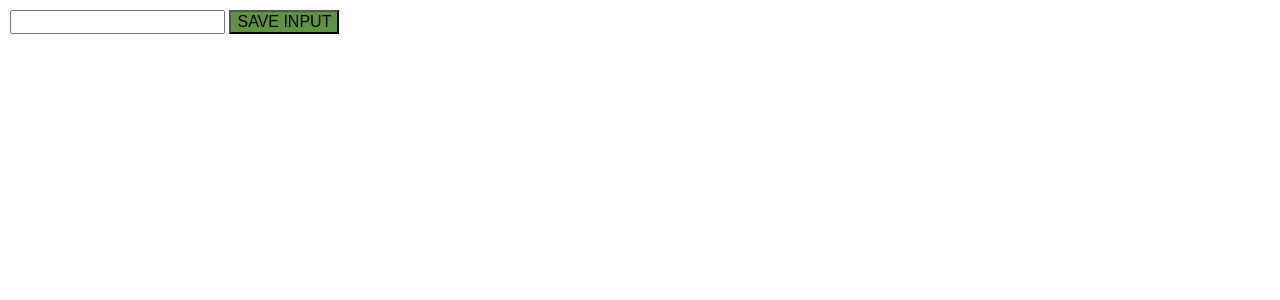
Repository: jt010051/chromeExtension
Page: index.html
The author's editor kept a copy of each file at every save. The page is drawn from the files as they stood at one save, then again after the next save.
The browser window is 1280 px wide. The pictures show the whole page.

Above is the page before, as saved 2022-02-27 17:06:35.
Not found: index.js

After the next save:
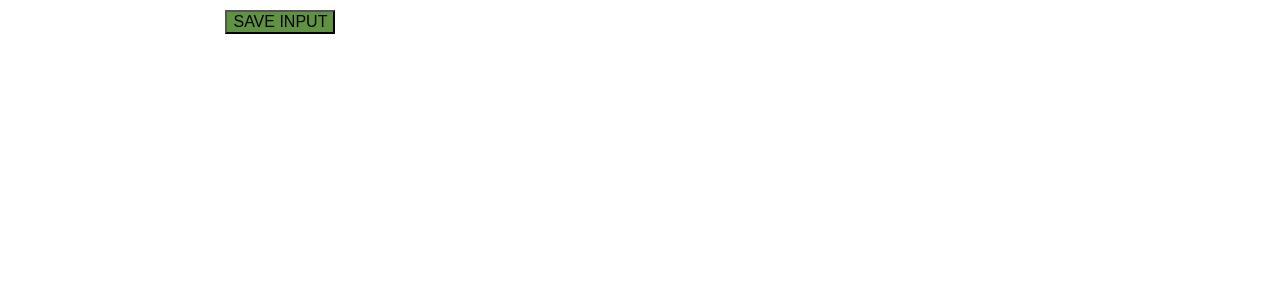
Saved 90 s later.
--- a/index.css
+++ b/index.css
@@ -8,7 +8,7 @@
 
 
 input {
-
+    border: #5f9341;
 }
 
 button {

After the save that followed:
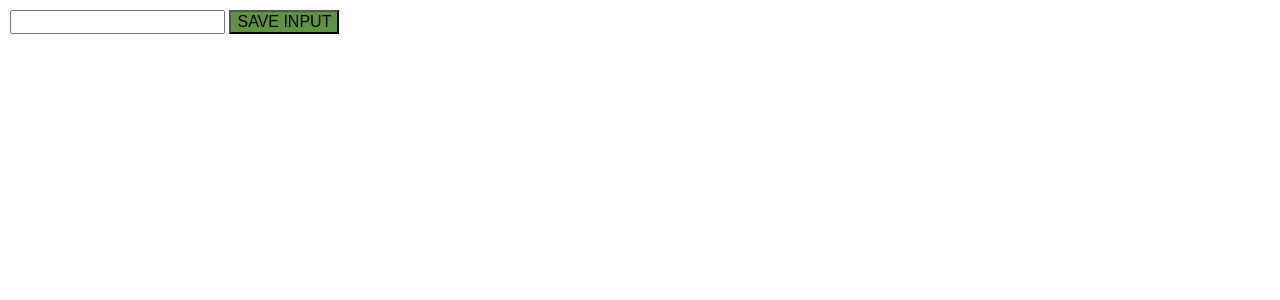
Saved 21 s later.
--- a/index.css
+++ b/index.css
@@ -8,7 +8,7 @@
 
 
 input {
-    border: #5f9341;
+    color: #5f9341;
 }
 
 button {
